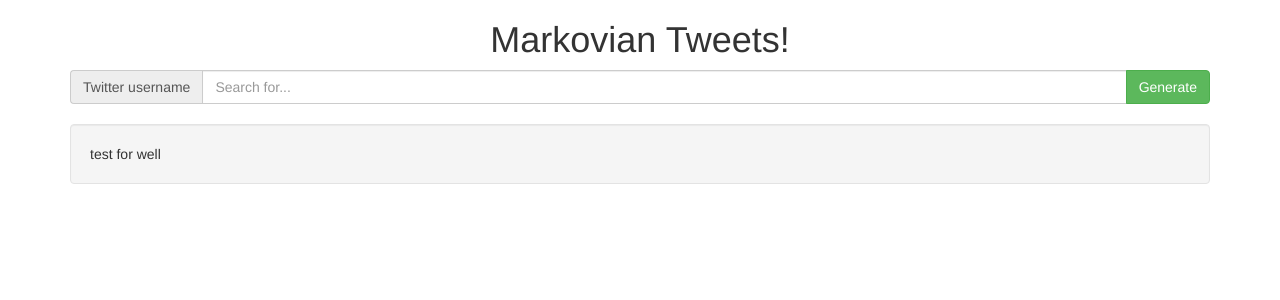
Repository: YeWang0/Markovian-tweets
Page: Markovian-tweets-V1/web/index.html
The author's editor kept a record of every edit. The page is drawn from the files as they stood at one moment, then again after the next edit.
The browser window is 1280 px wide. The pictures show the whole page.

Above is the page before.

### Markovian-tweets-V1/web/index.html
<!DOCTYPE html>
<html>

  <head>
    <link data-require="bootstrap-css@3.3.6" data-semver="3.3.6" rel="stylesheet" href="https://maxcdn.bootstrapcdn.com/bootstrap/3.3.6/css/bootstrap.css" />
    <script data-require="jquery@2.2.4" data-semver="2.2.4" src="https://ajax.googleapis.com/ajax/libs/jquery/2.2.4/jquery.min.js"></script>
    <script data-require="bootstrap.js@*" data-semver="3.3.6" src="https://maxcdn.bootstrapcdn.com/bootstrap/3.3.6/js/bootstrap.min.js"></script>
    <!--<link rel="stylesheet" href="style.css" />-->
    <style type="text/css">
    	h1{
		    text-align: center;
		}
    </style>
  </head>

  <body class="container">
    <h1>Markovian Tweets!</h1>
	  <div class="row" >
		  <div class="col-lg-12">
		    <div class="input-group">
		      <span class="input-group-addon" id="sizing-addon2">Twitter username</span>
		      <input type="text" class="form-control" placeholder="Search for..." id = "username">
		      <span class="input-group-btn">
		        <button class="btn btn-success" type="button">Generate</button>
		      </span>
		    </div><!-- /input-group -->
		  </div><!-- /.col-lg-6 -->
	  </div>
	  </br>
	  <div class="well">test for well</div>


	  <script type="text/javascript" >
	  	$("#username");
	  </script>
  </body>

</html>

After the next edit:
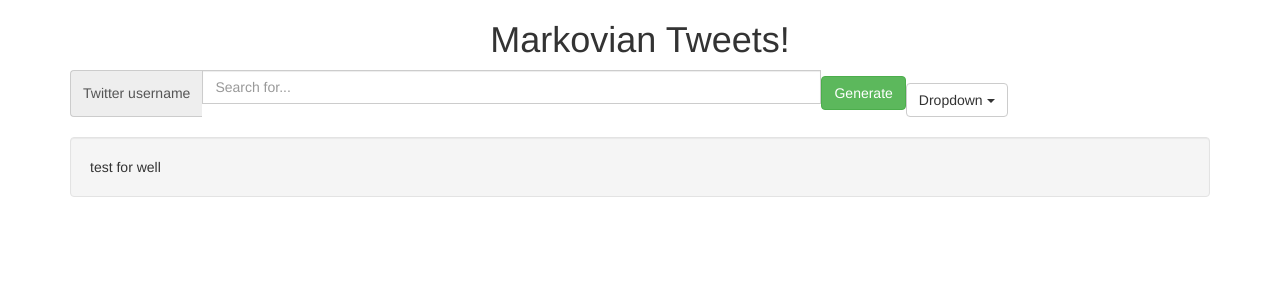
The edit:
--- a/Markovian-tweets-V1/web/index.html
+++ b/Markovian-tweets-V1/web/index.html
@@ -23,6 +23,19 @@
 		      <span class="input-group-btn">
 		        <button class="btn btn-success" type="button">Generate</button>
 		      </span>
+		      <div class="dropdown">
+				  <button class="btn btn-default dropdown-toggle" type="button" id="dropdownMenu1" data-toggle="dropdown" aria-haspopup="true" aria-expanded="true">
+				    Dropdown
+				    <span class="caret"></span>
+				  </button>
+				  <ul class="dropdown-menu" aria-labelledby="dropdownMenu1">
+				    <li><a href="#">Action</a></li>
+				    <li><a href="#">Another action</a></li>
+				    <li><a href="#">Something else here</a></li>
+				    <li role="separator" class="divider"></li>
+				    <li><a href="#">Separated link</a></li>
+				  </ul>
+				</div>
 		    </div><!-- /input-group -->
 		  </div><!-- /.col-lg-6 -->
 	  </div>
